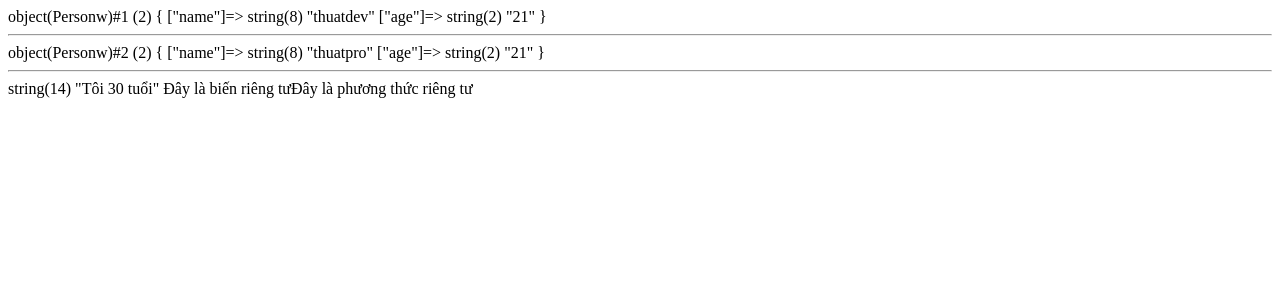
Repository: ThuatDev/php-push
Page: http://localhost/thuat_lear_class.php
An editor plug-in stored every save of this project. The page is shown before and after a run of saves, followed by the edit.
The browser window is 1280 px wide. The pictures show the whole page.
The page is run by PHP 8.4 with error messages shown; the project is at /var/www/html/.

Above is the page before, as saved 2023-09-30 07:40:26.

### thuat_lear_class.php
<?php
require_once 'classes/leanr_person.php';
$personMale = new Personw();
var_dump($personMale);
echo '<hr/>';


  $personMale =new Personw;
    $personMale->name='thuatpro';
  var_dump($personMale);
  echo '<hr/>';

  var_dump($personMale->getAge());


  class MyClass {
    private $privateVar = 'Đây là biến riêng tư';

    private function privateMethod() {
        return 'Đây là phương thức riêng tư';
    }

    public function accessPrivate() {
        // Bạn có thể truy cập các thành viên riêng tư bên trong lớp
        echo $this->privateVar; // In ra: Đây là biến riêng tư
        echo $this->privateMethod(); // In ra: Đây là phương thức riêng tư
    }
}

$obj = new MyClass();
// Không thể truy cập trực tiếp từ bên ngoài lớp
// echo $obj->privateVar; // Lỗi
// echo $obj->privateMethod(); // Lỗi

// Nhưng có thể truy cập thông qua phương thức công khai
$obj->accessPrivate();

### classes/leanr_person.php
<?php
class Personw {
  public $name='thuatdev' ,$age='21' ;
  const MIN_AGE=25;
    public function getName(){
        return 'Tôi là thuat';
    }
  public function getAge (){
    return 'Tôi 30 tuổi';
}
}

After the next 2 saves:
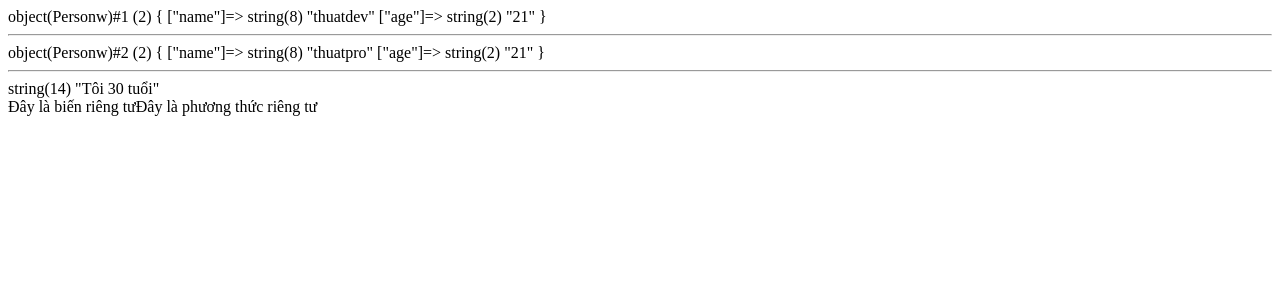
The 2 saves are shown as one change because they came seconds apart.
The last was saved 17 s later.
--- a/thuat_lear_class.php
+++ b/thuat_lear_class.php
@@ -22,6 +22,7 @@ echo '<hr/>';
 
     public function accessPrivate() {
         // Bạn có thể truy cập các thành viên riêng tư bên trong lớp
+        echo '<br/>';
         echo $this->privateVar; // In ra: Đây là biến riêng tư
         echo $this->privateMethod(); // In ra: Đây là phương thức riêng tư
     }
